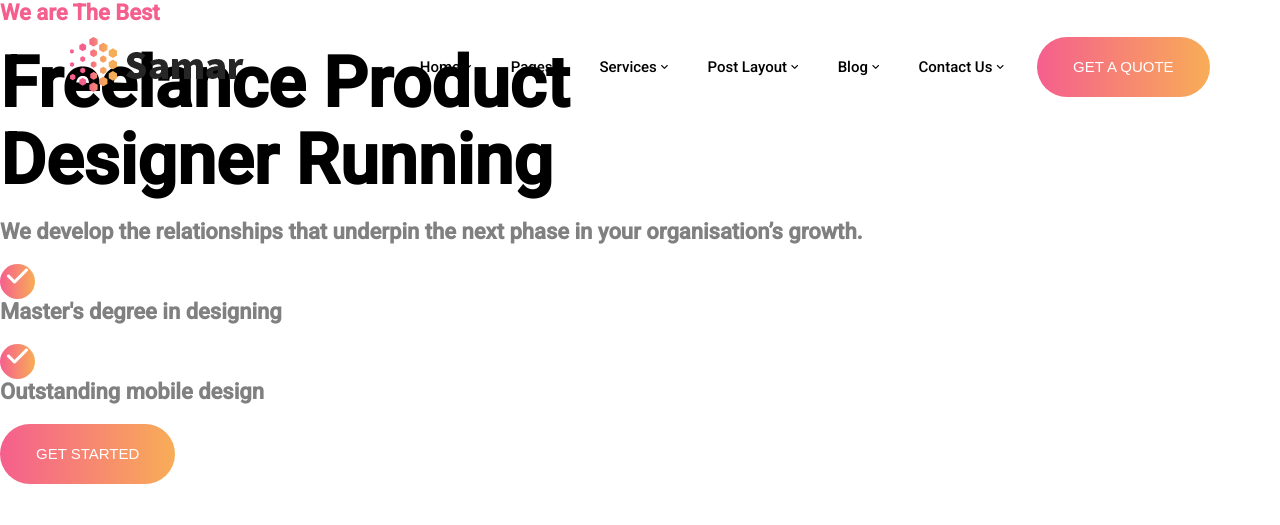
Repository: truongcongtrung2709/truongcongtrung__samar
Page: index.html
The author's editor kept a copy of each file at every save. The page is drawn from the files as they stood at one save, then again after the next save.
The browser window is 1280 px wide. The pictures show the whole page.
Some web libraries are served in a nearby version.

Above is the page before, as saved 2022-06-22 21:07:15.

After the next save:
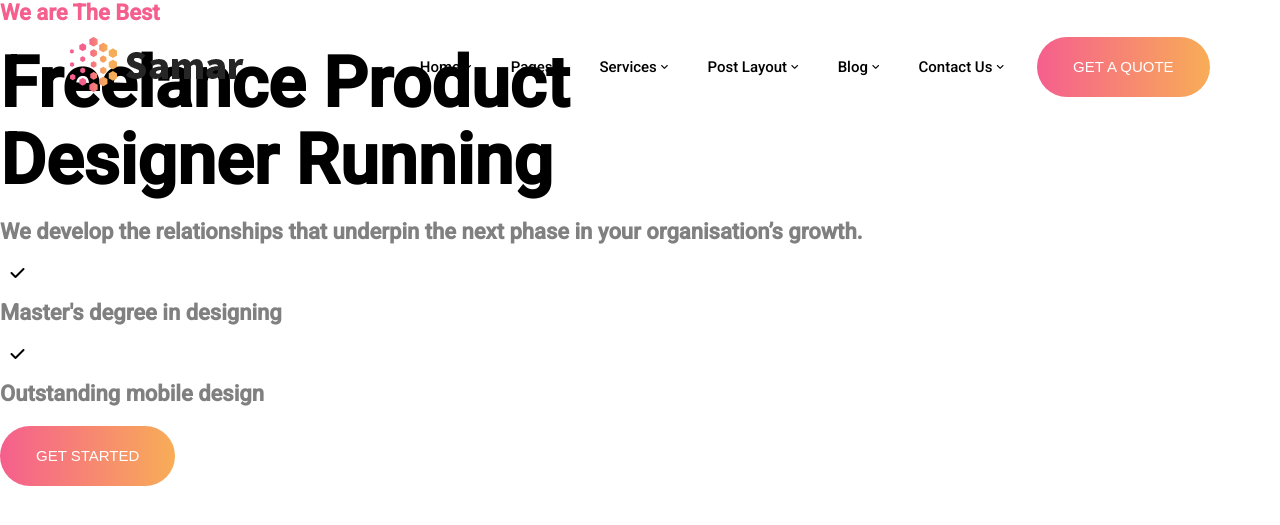
Saved 19 s later.
--- a/style.css
+++ b/style.css
@@ -47,13 +47,13 @@ p{
     height: 35px;
     line-height: 35px;
     text-align: center;
-    font-size: 24px;
+    /* font-size: 24px;
     color: #fff;
     border-radius: 35px;
     font-weight: 900;
     background-image: linear-gradient(to right,#f55f8d 0,#f8ae56 51%,#f55f8d 100%);
     background-size: 200%;
-    margin-right: 10px;
+    margin-right: 10px; */
 }
 /* ----------------------Header---------------------- */
 header{
